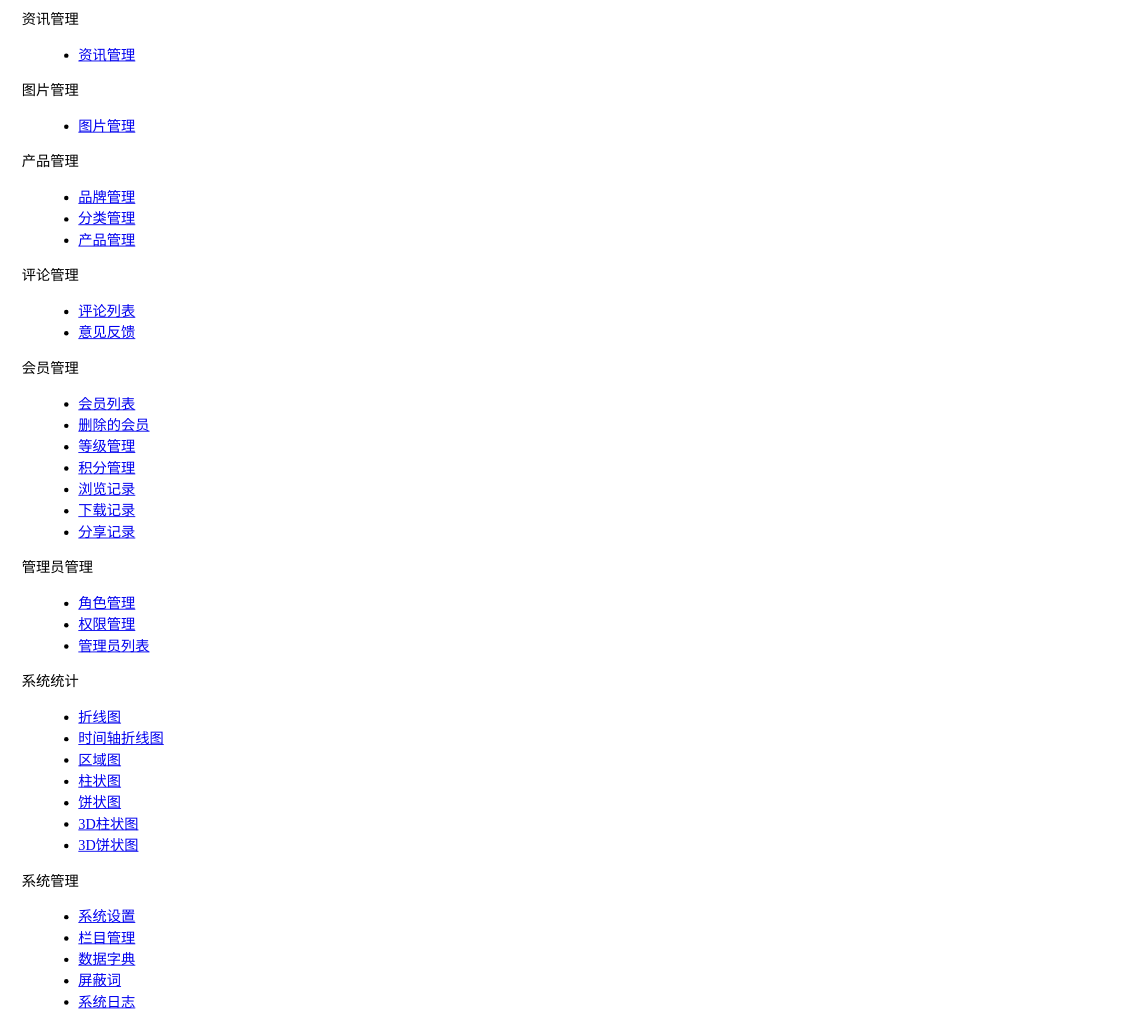
Repository: Cfang2017/2nanle
Page: application/admin/view/public/_menu.html
An editor plug-in stored every save of this project. The page is shown before and after the next save, followed by the edit.
The browser window is 1280 px wide. The pictures show the whole page, at 89% of full size.

Above is the page before, as saved 2019-09-11 20:08:17.

### application/admin/view/public/_menu.html
<aside class="Hui-aside">
	<div class="menu_dropdown bk_2">
		<dl id="menu-article">
			<dt><i class="Hui-iconfont">&#xe616;</i> 资讯管理<i class="Hui-iconfont menu_dropdown-arrow">&#xe6d5;</i></dt>
			<dd>
				<ul>
					<li><a data-href="article-list.html" data-title="资讯管理" href="javascript:void(0)">资讯管理</a></li>
				</ul>
			</dd>
		</dl>
		<dl id="menu-picture">
			<dt><i class="Hui-iconfont">&#xe613;</i> 图片管理<i class="Hui-iconfont menu_dropdown-arrow">&#xe6d5;</i></dt>
			<dd>
				<ul>
					<li><a data-href="picture-list.html" data-title="图片管理" href="javascript:void(0)">图片管理</a></li>
				</ul>
			</dd>
		</dl>
		<dl id="menu-product">
			<dt><i class="Hui-iconfont">&#xe620;</i> 产品管理<i class="Hui-iconfont menu_dropdown-arrow">&#xe6d5;</i></dt>
			<dd>
				<ul>
					<li><a data-href="product-brand.html" data-title="品牌管理" href="javascript:void(0)">品牌管理</a></li>
					<li><a data-href="product-category.html" data-title="分类管理" href="javascript:void(0)">分类管理</a></li>
					<li><a data-href="product-list.html" data-title="产品管理" href="javascript:void(0)">产品管理</a></li>
				</ul>
			</dd>
		</dl>
		<dl id="menu-comments">
			<dt><i class="Hui-iconfont">&#xe622;</i> 评论管理<i class="Hui-iconfont menu_dropdown-arrow">&#xe6d5;</i></dt>
			<dd>
				<ul>
					<li><a data-href="http://h-ui.duoshuo.com/admin/" data-title="评论列表" href="javascript:;">评论列表</a></li>
					<li><a data-href="feedback-list.html" data-title="意见反馈" href="javascript:void(0)">意见反馈</a></li>
				</ul>
			</dd>
		</dl>
		<dl id="menu-member">
			<dt><i class="Hui-iconfont">&#xe60d;</i> 会员管理<i class="Hui-iconfont menu_dropdown-arrow">&#xe6d5;</i></dt>
			<dd>
				<ul>
					<li><a data-href="member-list.html" data-title="会员列表" href="javascript:;">会员列表</a></li>
					<li><a data-href="member-del.html" data-title="删除的会员" href="javascript:;">删除的会员</a></li>
					<li><a data-href="member-level.html" data-title="等级管理" href="javascript:;">等级管理</a></li>
					<li><a data-href="member-scoreoperation.html" data-title="积分管理" href="javascript:;">积分管理</a></li>
					<li><a data-href="member-record-browse.html" data-title="浏览记录" href="javascript:void(0)">浏览记录</a></li>
					<li><a data-href="member-record-download.html" data-title="下载记录" href="javascript:void(0)">下载记录</a></li>
					<li><a data-href="member-record-share.html" data-title="分享记录" href="javascript:void(0)">分享记录</a></li>
				</ul>
			</dd>
		</dl>
		<dl id="menu-admin">
			<dt><i class="Hui-iconfont">&#xe62d;</i> 管理员管理<i class="Hui-iconfont menu_dropdown-arrow">&#xe6d5;</i></dt>
			<dd>
				<ul>
					<li><a data-href="admin-role.html" data-title="角色管理" href="javascript:void(0)">角色管理</a></li>
					<li><a data-href="admin-permission.html" data-title="权限管理" href="javascript:void(0)">权限管理</a></li>
					<li><a data-href="admin-list.html" data-title="管理员列表" href="javascript:void(0)">管理员列表</a></li>
				</ul>
			</dd>
		</dl>
		<dl id="menu-tongji">
			<dt><i class="Hui-iconfont">&#xe61a;</i> 系统统计<i class="Hui-iconfont menu_dropdown-arrow">&#xe6d5;</i></dt>
			<dd>
				<ul>
					<li><a data-href="charts-1.html" data-title="折线图" href="javascript:void(0)">折线图</a></li>
					<li><a data-href="charts-2.html" data-title="时间轴折线图" href="javascript:void(0)">时间轴折线图</a></li>
					<li><a data-href="charts-3.html" data-title="区域图" href="javascript:void(0)">区域图</a></li>
					<li><a data-href="charts-4.html" data-title="柱状图" href="javascript:void(0)">柱状图</a></li>
					<li><a data-href="charts-5.html" data-title="饼状图" href="javascript:void(0)">饼状图</a></li>
					<li><a data-href="charts-6.html" data-title="3D柱状图" href="javascript:void(0)">3D柱状图</a></li>
					<li><a data-href="charts-7.html" data-title="3D饼状图" href="javascript:void(0)">3D饼状图</a></li>
				</ul>
			</dd>
		</dl>
		<dl id="menu-system">
			<dt><i class="Hui-iconfont">&#xe62e;</i> 系统管理<i class="Hui-iconfont menu_dropdown-arrow">&#xe6d5;</i></dt>
			<dd>
				<ul>
					<li><a data-href="system-base.html" data-title="系统设置" href="javascript:void(0)">系统设置</a></li>
					<li><a data-href="system-category.html" data-title="栏目管理" href="javascript:void(0)">栏目管理</a></li>
					<li><a data-href="system-data.html" data-title="数据字典" href="javascript:void(0)">数据字典</a></li>
					<li><a data-href="system-shielding.html" data-title="屏蔽词" href="javascript:void(0)">屏蔽词</a></li>
					<li><a data-href="system-log.html" data-title="系统日志" href="javascript:void(0)">系统日志</a></li>
				</ul>
			</dd>
		</dl>
	</div>
</aside>
<div class="dislpayArrow hidden-xs"><a class="pngfix" href="javascript:void(0);" onClick="displaynavbar(this)"></a></div>

After the next save:
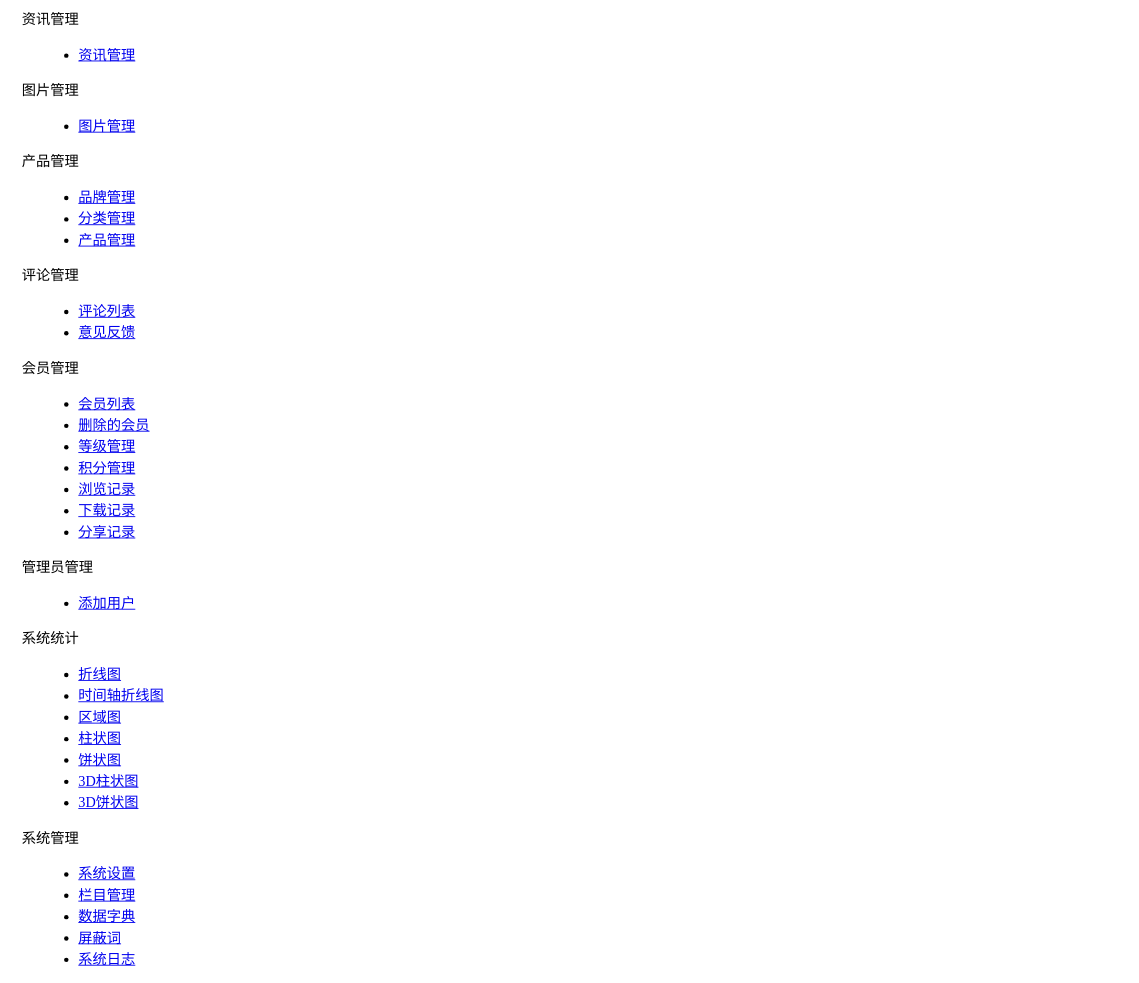
Saved 65 s later.
--- a/application/admin/view/public/_menu.html
+++ b/application/admin/view/public/_menu.html
@@ -53,9 +53,7 @@
 			<dt><i class="Hui-iconfont">&#xe62d;</i> 管理员管理<i class="Hui-iconfont menu_dropdown-arrow">&#xe6d5;</i></dt>
 			<dd>
 				<ul>
-					<li><a data-href="admin-role.html" data-title="角色管理" href="javascript:void(0)">角色管理</a></li>
-					<li><a data-href="admin-permission.html" data-title="权限管理" href="javascript:void(0)">权限管理</a></li>
-					<li><a data-href="admin-list.html" data-title="管理员列表" href="javascript:void(0)">管理员列表</a></li>
+					<li><a data-href="admin-role.html" data-title="添加用户" href="javascript:void(0)">添加用户</a></li>
 				</ul>
 			</dd>
 		</dl>
